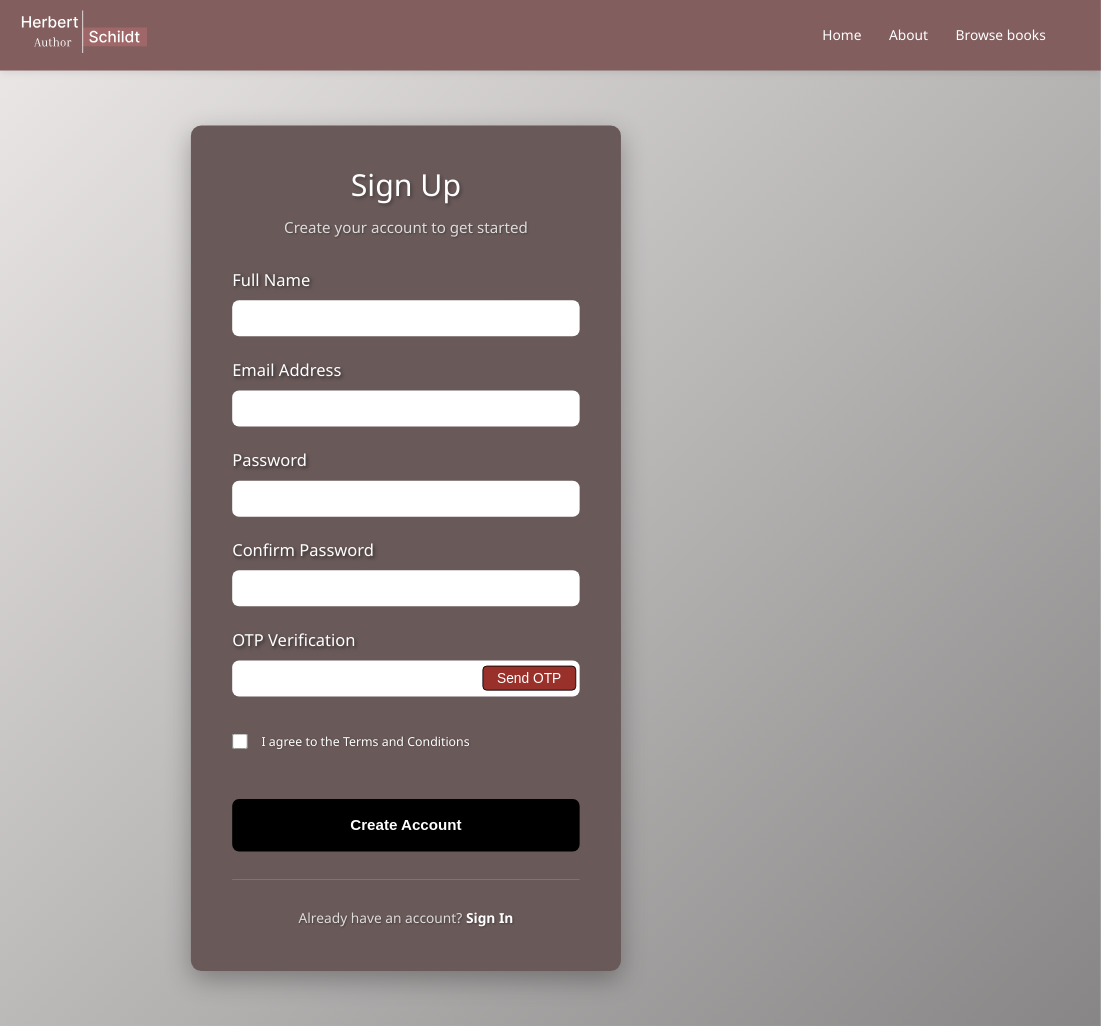
Repository: Darkrepo23/Author-Website-
Page: pages/signup.html
These files come from the project's save history. The page is drawn as it stood at one moment and after the next save; the edit follows.
The browser window is 1280 px wide. The pictures show the whole page, at 86% of full size.

Above is the page before, as saved 2025-10-21 14:14:14.
Console error: SyntaxError: Unexpected token ':'

After the next save:
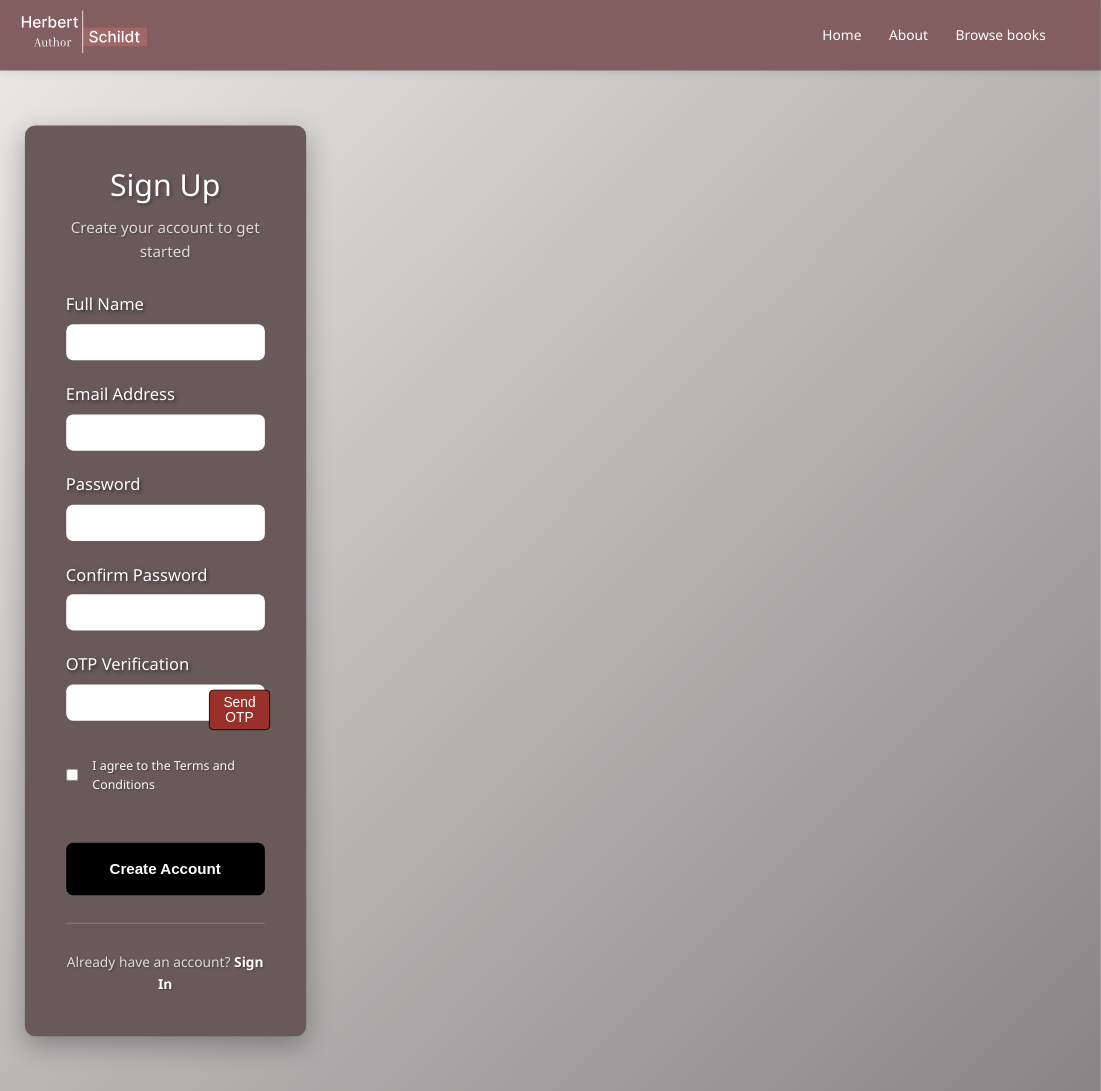
Saved 14 s later.
--- a/css/login.css
+++ b/css/login.css
@@ -5,7 +5,7 @@
     align-items: center;
     min-height: calc(100vh - 200px);
     padding: 2rem;
-    width: 50rem;
+    width: 15rem !important;
 }
 
 .login-card {
